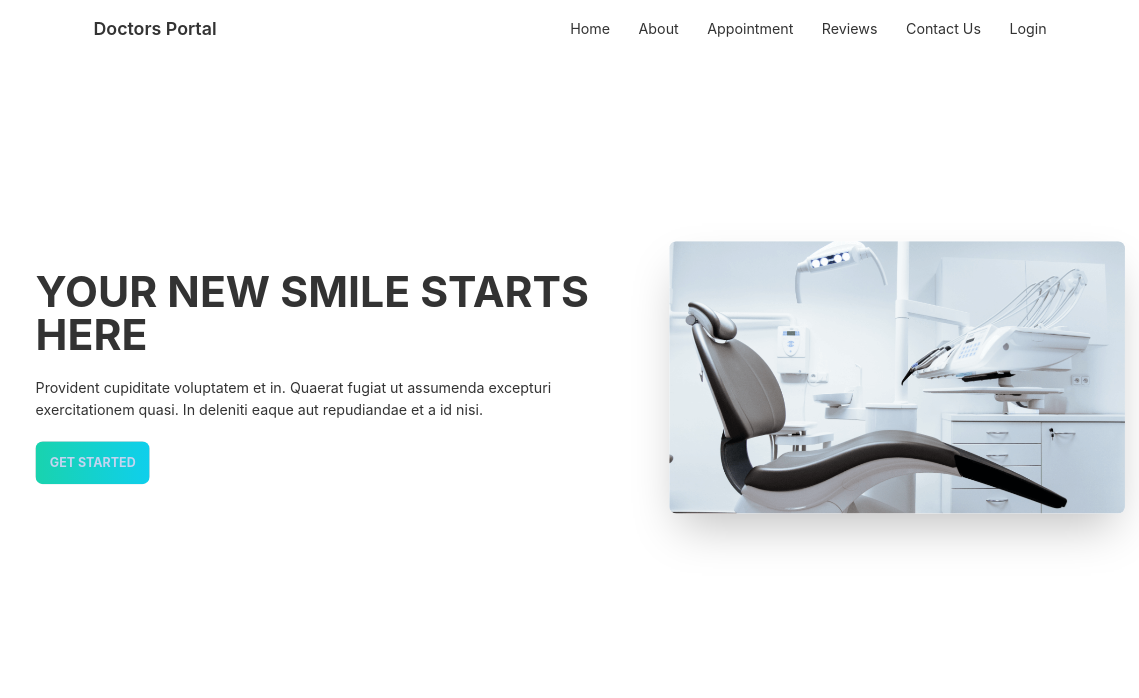
Repository: shikubro90/doctorsportal
Page: /
These files come from the project's save history. The page is drawn as it stood at one moment and after a run of saves; the edit follows.
The browser window is 1280 px wide. The pictures show the whole page, at 89% of full size.
The project was rebuilt for these pictures with package versions that can differ from the ones it lists, and the page was loaded fresh each time. Also part of the build but not shown: src/App.css, src/Pages/About/About.jsx.

Above is the page before, as saved 2022-09-28 16:54:55.

### src/App.js
import { Route, Routes } from 'react-router-dom';
import './App.css';
import About from './Pages/About/About';
import Home from './Pages/Home/Home';
import Navbar from './Shared/Navbar';

function App() {
  return (
    <div className="App">
      <Navbar/>
      <Routes>
        <Route path='/' element={<Home/>}/>
        <Route path='/home' element={<Home/>}/>
        <Route path='/about' element={<About/>}/>
      </Routes>
    </div>
  );
}

export default App;

### src/Pages/Home/Home.jsx
import React from 'react'
import Banner from './Banner'
import BasicInfo from './BasicInfo'

const Home = () => {
  return (
    <div>
      <Banner />
      <BasicInfo/>
    </div>
  )
}

export default Home

### src/Shared/Navbar.jsx
import React from 'react'
import { Link } from 'react-router-dom'

const Navbar = () => {
  return (
    <div className="px-20">
      <div className="navbar bg-base-100">
        <div className="navbar-start">
          <div className="dropdown">
            <label tabIndex={0} className="btn btn-ghost lg:hidden">
              <svg
                xmlns="http://www.w3.org/2000/svg"
                className="h-5 w-5"
                fill="none"
                viewBox="0 0 24 24"
                stroke="currentColor"
              >
                <path
                  strokeLinecap="round"
                  strokeLinejoin="round"
                  strokeWidth="2"
                  d="M4 6h16M4 12h8m-8 6h16"
                />
              </svg>
            </label>
            <ul
              tabIndex={0}
              className="menu menu-compact dropdown-content mt-3 p-2 shadow bg-base-100 rounded-box w-52"
            >
              <li>
                <Link to="/home">Home</Link>
              </li>
              <li>
                <Link to="/about">About</Link>
              </li>
              <li>
                <Link to="/appointment">Appointment</Link>
              </li>
              <li>
                <Link to="/review">Reviews</Link>
              </li>
              <li>
                <Link to="/contact">Contact Us</Link>
              </li>
              <li>
                <Link to="/contact">Login</Link>
              </li>
            </ul>
          </div>
          <Link to="/" className='btn btn-ghost normal-case text-xl'>Doctors Portal</Link>
        </div>

        <div className="navbar-center hidden lg:flex">

          <ul className="menu menu-horizontal p-0 pl-20">
            <li>
              <Link to="/home">Home</Link>
            </li>
            <li>
              <Link to="/about">About</Link>
            </li>
            <li>
              <Link to="/appointment">Appointment</Link>
            </li>
            <li>
              <Link to="/review">Reviews</Link>
            </li>
            <li>
              <Link to="/contact">Contact Us</Link>
            </li>
            <li>
              <Link to="/contact">Login</Link>
            </li>
          </ul>

        </div>

      </div>

    </div>
  )
}

export default Navbar

### src/Pages/Home/Banner.jsx
import React from 'react'
import heroImage from '../../assets/images/chair.png'
import ButtonPrimary from '../../Shared/ButtonPrimary'

function Banner() {
  return (
    <div className=''>
      <div className="hero min-h-screen">
        <div className="hero-content flex flex-col lg:flex-row-reverse">
          <img
            src={heroImage}
            className="max-w-lg rounded-lg shadow-2xl"
            alt='bannerImage'
          />
          <div className='px-6'>
            <h1 className="text-5xl font-bold uppercase">Your New Smile Starts Here</h1>
            <p className="py-6 ">
              Provident cupiditate voluptatem et in. Quaerat fugiat ut assumenda
              excepturi exercitationem quasi. In deleniti eaque aut repudiandae
              et a id nisi.
            </p>
            <ButtonPrimary>{"Get Started"}</ButtonPrimary>
          </div>
        </div>
      </div>
    </div>
  )
}

export default Banner

### src/Shared/ButtonPrimary.jsx
function ButtonPrimary({ children }) {
  return (
    <div>
      <button className="btn bg-gradient-to-r from-secondary to-primary border-none font-bold">
        {children}
      </button>
    </div>
  )
}

export default ButtonPrimary

### tailwind.config.js
/** @type {import('tailwindcss').Config} */
module.exports = {
  content: [
    "./src/**/*.{js,jsx,ts,tsx}",
  ],
  theme: {
    extend: {},
  },
  daisyui: {
    themes: [
      {
       doctorstheme: {
          primary: "#0FCFEC",
          secondary: "#19D3AE",
          accent: "#3A4256",
          neutral: "#3d4451",
          "base-100": "#ffffff",
        },
      },
      "light",
      "cupcake",
    ],
  },
  plugins: [require("daisyui")],
}

### src/Pages/Home/BasicInfo.jsx
import MiniCard from './MiniCard'
import { miniCard } from '../../assets/resourse/Resourse.js'

const BasicInfo = () => {
  return

  miniCard.map(({ id, icon, title, style, disc }) => {
    return (
      <MiniCard id={id} icon={icon} title={title} style={style} disc={disc} />
    )
  })
}

export default BasicInfo

### src/Pages/Home/MiniCard.jsx
const MiniCard = (props) => {
  const { id, icon, title, style, disc } = props
  return (
    <div>
      <div key={id} className="cardWrapper flex">
        <div
          className="card card-side bg-base-100 shadow-xl flex items-center justify-center"
          style={style}
        >
          <div className="">
            <img src={icon} alt="icon" />
          </div>
          <div className="card-body">
            <h2 className="card-title">{title}</h2>
            <p>{disc}</p>
          </div>
        </div>
      </div>
    </div>
  )
}

export default MiniCard

### src/assets/resourse/Resourse.js
import clock from "../icons/clock.svg"
import marker from '../icons/marker.svg'
import phone from '../icons/phone.svg'

export const miniCard =[
    {
        id : 0,
        icon : clock,
        title : "Opening Hours",
        disc : "Lorem Ipsum is simply dummy text of the pri",
        style : {background : "#19D3AE"}
    },
    {
        id : 1,
        icon : marker,
        title : "Visit our location",
        disc : "Lorem Ipsum is simply dummy text of the pri",
        style : {background : "#3A4256"}
    },
    {
        id : 2,
        icon : phone,
        title : "Contact us now",
        disc : "Lorem Ipsum is simply dummy text of the pri",
        style : {background : "#19D3AE"}
    }
]

Loaded but not shown: public/index.html (common file); src/index.js (common file); src/index.css (common file); src/reportWebVitals.js (common file)

After the next 11 saves:
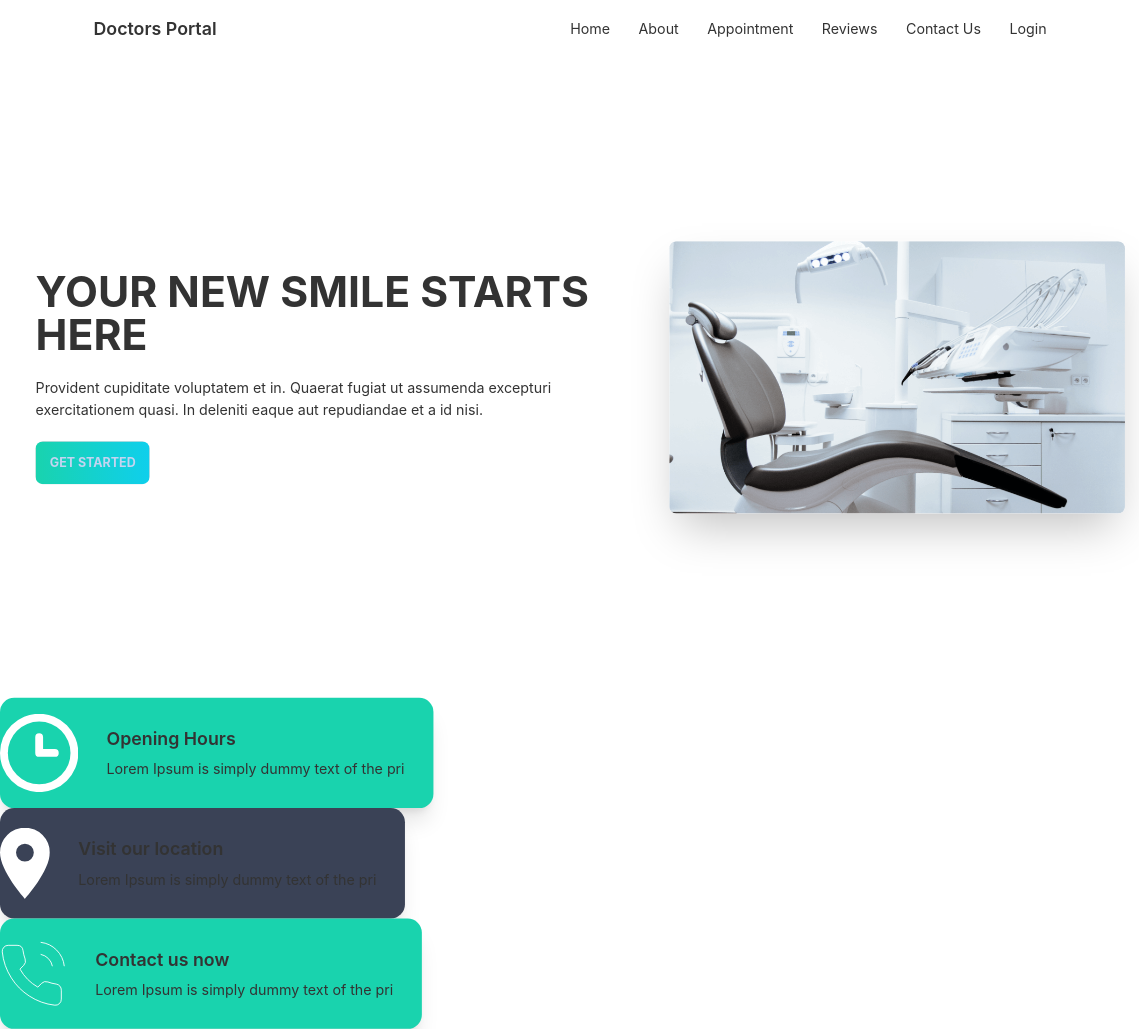
The 11 saves are shown as one change because they came seconds apart.
The last was saved 33 s later.
--- a/src/Pages/Home/BasicInfo.jsx
+++ b/src/Pages/Home/BasicInfo.jsx
@@ -2,13 +2,21 @@ import MiniCard from './MiniCard'
 import { miniCard } from '../../assets/resourse/Resourse.js'
 
 const BasicInfo = () => {
-  return
-
-  miniCard.map(({ id, icon, title, style, disc }) => {
-    return (
-      <MiniCard id={id} icon={icon} title={title} style={style} disc={disc} />
-    )
-  })
+  return (
+    <div className="miniCardWrapper">
+      {miniCard.map(({ id, icon, title, style, disc }) => {
+        return (
+          <MiniCard
+            id={id}
+            icon={icon}
+            title={title}
+            style={style}
+            disc={disc}
+          />
+        )
+      })}
+    </div>
+  )
 }
 
 export default BasicInfo
